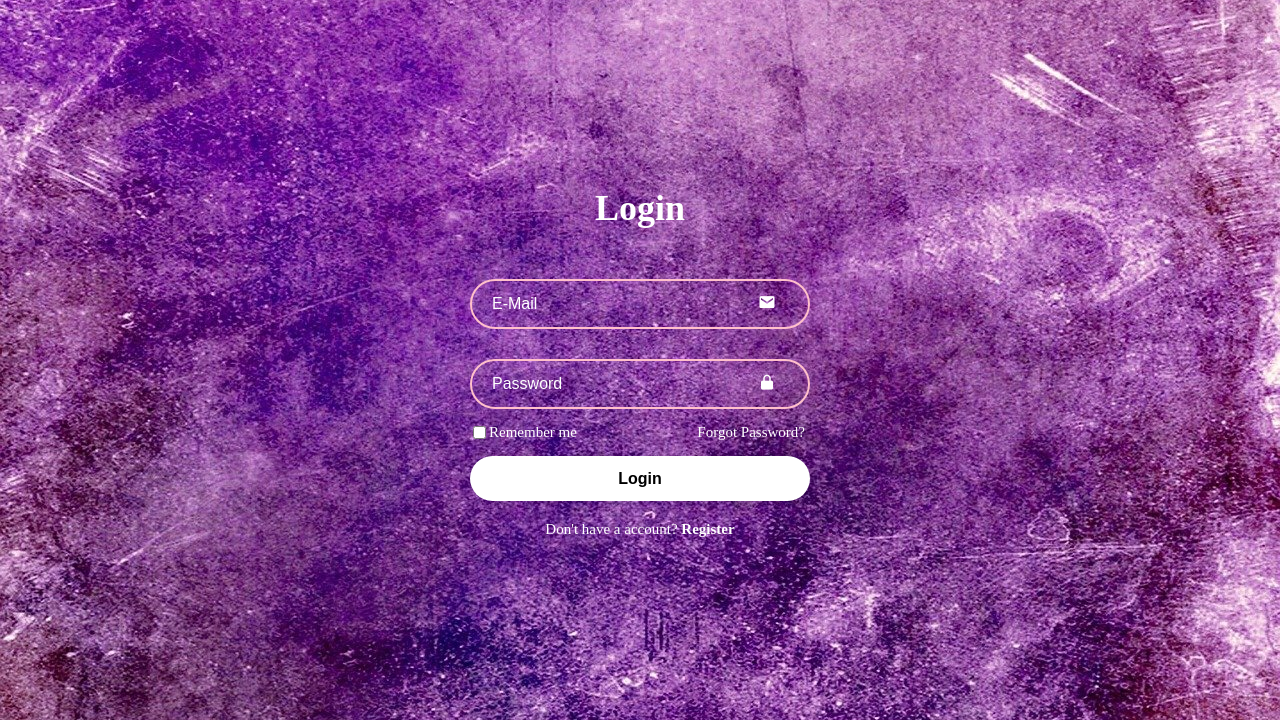
Repository: Kubraaygun/Html_Css_Login
Page: index.html
These files come from the project's save history. The page is drawn as it stood at one moment and after the next save; the edit follows.
The browser window is 1280 px wide. The pictures show the whole page.

Above is the page before, as saved 2025-03-06 17:21:55.

After the next save:
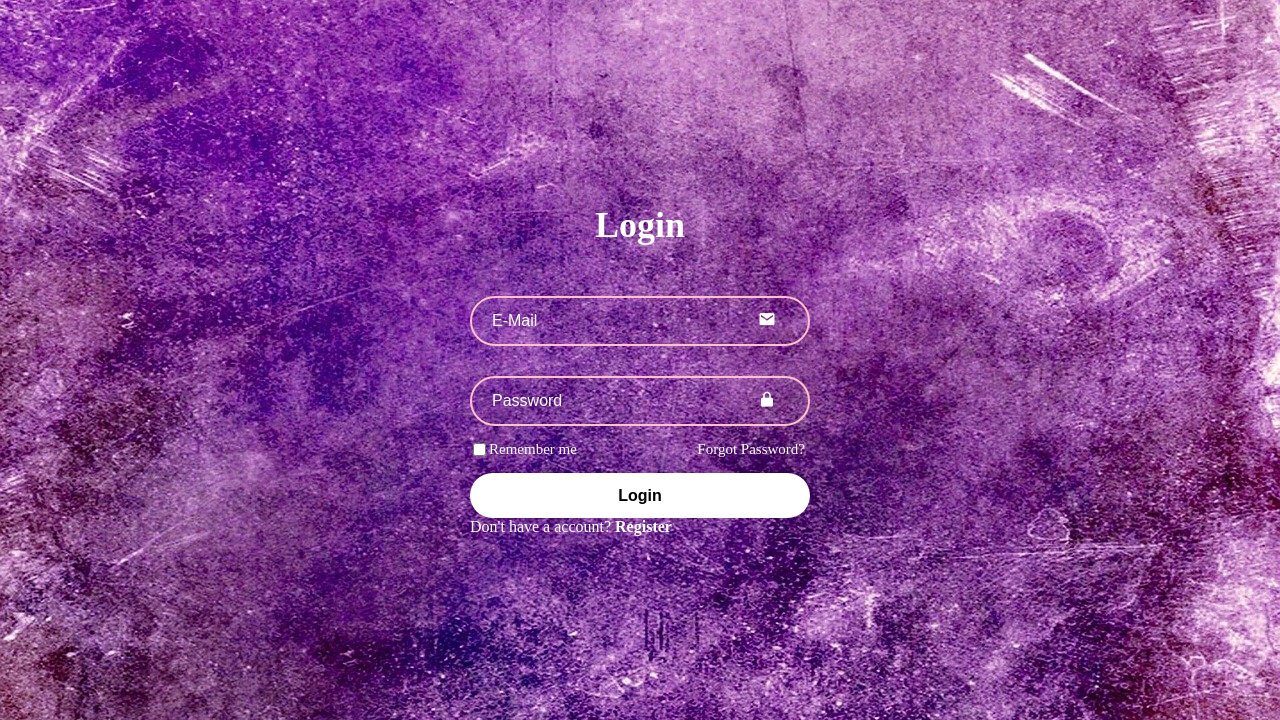
Saved 15 min 20 s later.
--- a/style.css
+++ b/style.css
@@ -1,7 +1,7 @@
 * {
   margin: 0;
   padding: 0;
-  box-sizing: border-box;
+  box-sizing: border-box; //sonra
 }
 
 body {
@@ -18,7 +18,6 @@ body {
   width: 420px;
   background: transparent;
   color: white;
-  border-radius: 15px;
   padding: 30px 40px; // sonra ver
 }
 
@@ -45,7 +44,7 @@ input {
   border-radius: 30px;
   font-size: 16px;
   color: purple;
-  padding: 20px 45px 20px 20px;
+  padding: 20px;
 }
 input:hover {
   background-color: pink;
@@ -101,7 +100,7 @@ label {
   font-weight: 600;
 }
 
-.register-link {
+.register {
   font-size: 15px;
   text-align: center;
   margin: 20px 0 15px;
